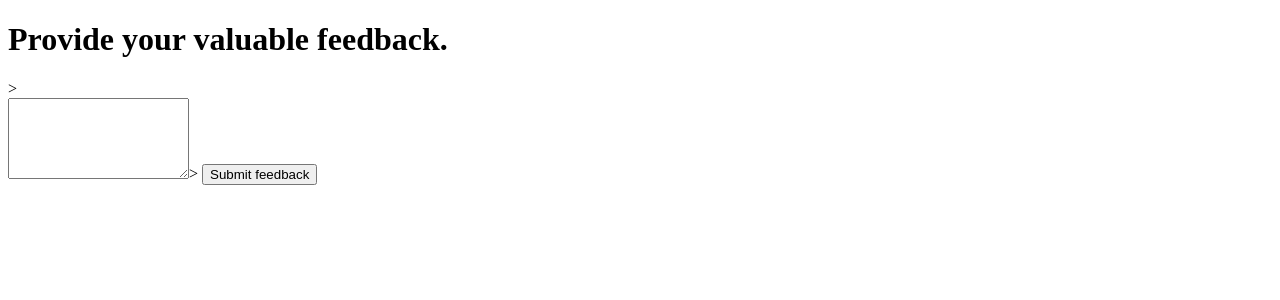
Repository: alph-a07/Java-EE
Page: http://localhost/FeedBackPage/SubmitFeedback.jsp
The author's editor kept a copy of each file at every save. The page is drawn from the files as they stood at one save, then again after the next save.
The browser window is 1280 px wide. The pictures show the whole page.
The page is served by Tomcat 9.

Above is the page before, as saved 2023-01-20 11:14:39.

After the next save:
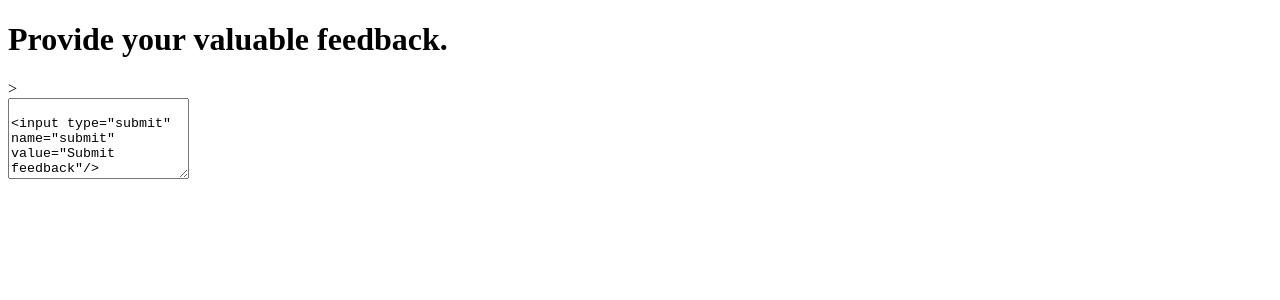
Saved 5 s later.
--- a/FeedBackPage/src/main/webapp/SubmitFeedback.jsp
+++ b/FeedBackPage/src/main/webapp/SubmitFeedback.jsp
@@ -14,7 +14,7 @@
 		<h1>Provide your valuable feedback.</h1>>
 
 		<form>
-		<textarea rows = 5 name="feedbackParam"></textarea>>
+		<textarea rows = 5 name="feedbackParam"/>
 		<input type="submit" name="submit" value="Submit feedback"/>
 
 	</body>

After the 4 saves that followed:
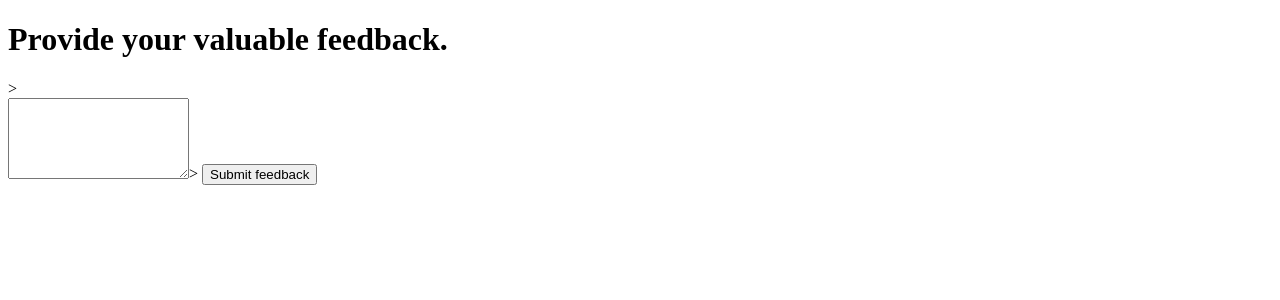
The 4 saves are shown as one change because 1 left the picture as it was and some came seconds apart.
The last was saved 20 s later.
--- a/FeedBackPage/src/main/webapp/SubmitFeedback.jsp
+++ b/FeedBackPage/src/main/webapp/SubmitFeedback.jsp
@@ -14,7 +14,7 @@
 		<h1>Provide your valuable feedback.</h1>>
 
 		<form>
-		<textarea rows = 5 name="feedbackParam"/>
+		<textarea rows = 5 name="feedbackParam"></textarea>>
 		<input type="submit" name="submit" value="Submit feedback"/>
 
 	</body>
